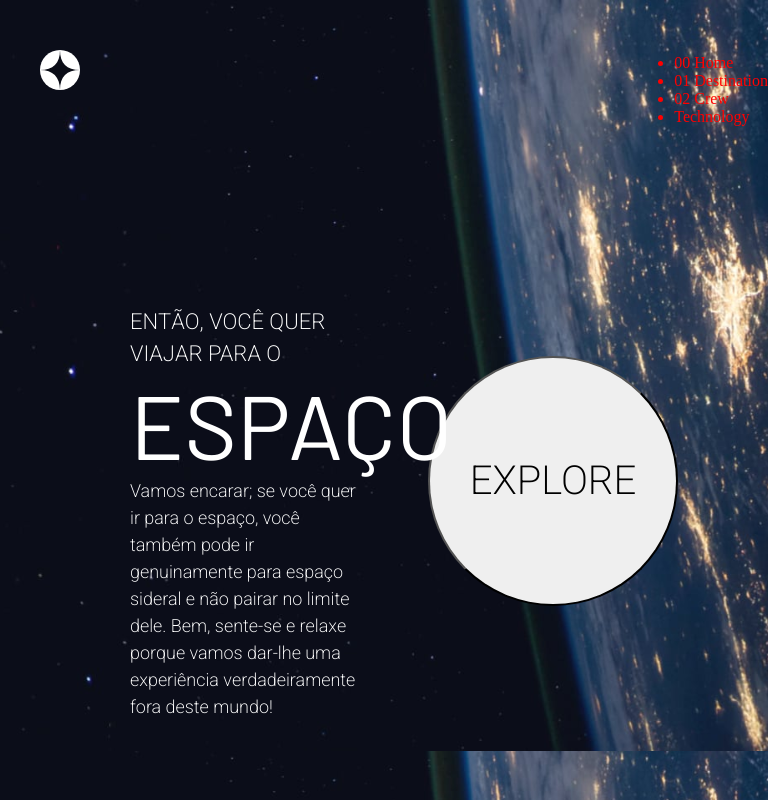
Repository: Leonngc/space-site
Page: space-tourism-website-main/space-tourism-website-main/starter-code/index.html
An editor plug-in stored every save of this project. The page is shown before and after the next save, followed by the edit.
The browser window is 768 px wide. The pictures show the whole page.
Some icons come from a web library that is not loaded, so they are not drawn.

Above is the page before, as saved 2023-04-29 16:17:48.

### space-tourism-website-main/space-tourism-website-main/starter-code/index.html
<!DOCTYPE html>
<html lang="pt-br">
<head>
  <meta charset="UTF-8">
  <meta name="viewport" content="width=device-width, initial-scale=1.0">
  <link rel="icon" type="image/png" sizes="32x32" href="./assets/favicon-32x32.png">
  <link rel="stylesheet" href="styles/menu.css">
  <link rel="stylesheet" href="styles/home.css">
  <!-- CDN FLATICON-->
  <link rel='stylesheet' href='https://cdn-uicons.flaticon.com/uicons-bold-rounded/css/uicons-bold-rounded.css'>
  <title>Frontend Mentor | Space tourism website</title>
</head>
<body>

  <header>
    <img src="assets/shared/logo.svg" alt="" class="logo">
    <div class="line"></div>

    <ul class="menu">
    <li class="item-menu active"><a href="#">00 Home</a></li>
    <li class="item-menu"><a href="#">01 Destination</a></li>
    <li class="item-menu"><a href="#">02 Crew</a></li>
    <li class="item-menu"><a href="#">03 Technology</a></li>
    </ul>



    <ul class="menu-mobile">
      <button class="burguer-button"><i class="fi fi-br-menu-burger"></i></button>
      <li class="item-menu-mobile">00 Home</li>
      <li class="item-menu-mobile">01 Destination</li>
      <li class="item-menu-mobile">02 Crew</li>
      <li class="item-menu-mobile">Technology</li>
    </ul>
  </header>

<div class="container-button">
    <button>Explore</button>
  </div>
<div class="text-box">
    <span>Então, você quer viajar para o</span>
    <h1>Espaço</h1>
    <p>
      Vamos encarar; se você quer ir para o espaço, você também pode ir genuinamente para
      espaço sideral e não pairar no limite dele. Bem, sente-se e relaxe
      porque vamos dar-lhe uma experiência verdadeiramente fora deste mundo!
    </p>
</div>



</body>
</html>

### space-tourism-website-main/space-tourism-website-main/starter-code/styles/menu.css
@import url('https://fonts.googleapis.com/css2?family=Heebo:wght@200&display=swap');

*{
    padding: 0;
    margin: 0;
}

header{
    display: flex;
    justify-content: space-between;
}

.menu{
    margin-top: 20px;
    display: flex;
    width: 90vw ;
    height: 12vh;
    position: relative;
    justify-content: space-between;
    list-style: none;
    background: rgba(255, 255, 255, 0.21);
    background: rgba(255, 255, 255, 0.08);
    box-shadow: 0 4px 30px rgba(0, 0, 0, 0.1);
    backdrop-filter: blur(5px);
    -webkit-backdrop-filter: blur(5px);
}

.item-menu{
    margin: auto;

}

.item-menu a{
    text-decoration: none;
    font-family: 'Heebo', sans-serif;
    color: white;
}

.active{
  border-bottom: 3px solid white;
}

.line{
    background-color:  rgba(255, 255, 255, 0.21);

    height: 2px;
    width: 1110px;
    margin-top: 68px;
    margin-left: 30px;
}

.logo{
    margin-top: 30px;
    margin-left: 20px;
    width: 40px;
    height: 40px;
    padding: 20px;
}

@media screen and (max-width: 900px){
    .menu{
        display: none;
    }

    .line{
        display: none;
    }


    .burguer-button {
        font-size: 40px;
        background-color: rgba(255, 255, 255, 0);
        color: #dbe5e6;
        border: none;
        margin-top: 50px;
    }
    .menu-mobile{
        background-color: ;
        color: red;
    }

}

### space-tourism-website-main/space-tourism-website-main/starter-code/styles/home.css
@import url('https://fonts.googleapis.com/css2?family=Barlow&display=swap');
@import url('https://fonts.googleapis.com/css2?family=Heebo:wght@200&display=swap');
/*  font-family: 'Barlow', sans-serif;
    font-family: 'Heebo', sans-serif;
*/

:root{
    --title-font: 'Barlow';
    --paragraph-font: 'Heebo';
}

body{
    background-image: url(../assets/home/background-home-desktop.jpg);
    background-size: cover;
    background-position: center center;
}


.text-box{
    margin-top: 150px;
    padding: 30px;
    margin-left: 100px;
    width: 30vw;
    color: white;
}

span{
    font-family: var(--paragraph-font);
    font-size: 22px;
    text-transform: uppercase;
}

h1{
    font-family: var(--title-font);
    font-size: 90px;
    font-weight: 200;
    text-transform: uppercase;
}

p{
    font-family: var(--paragraph-font), sans-serif;
    font-size: 18px;
}

.container-button{
    float: right;
    margin-top: 230px;
    margin-right: 90px;
    margin-bottom: 30px;
}

.container-button button{
    width: 250px;
    height: 250px;
    border-radius: 50%;
    font-size: 40px;
    font-family: var(--paragraph-font);
    font-weight: 200;
    text-transform: uppercase;
}

After the next save:
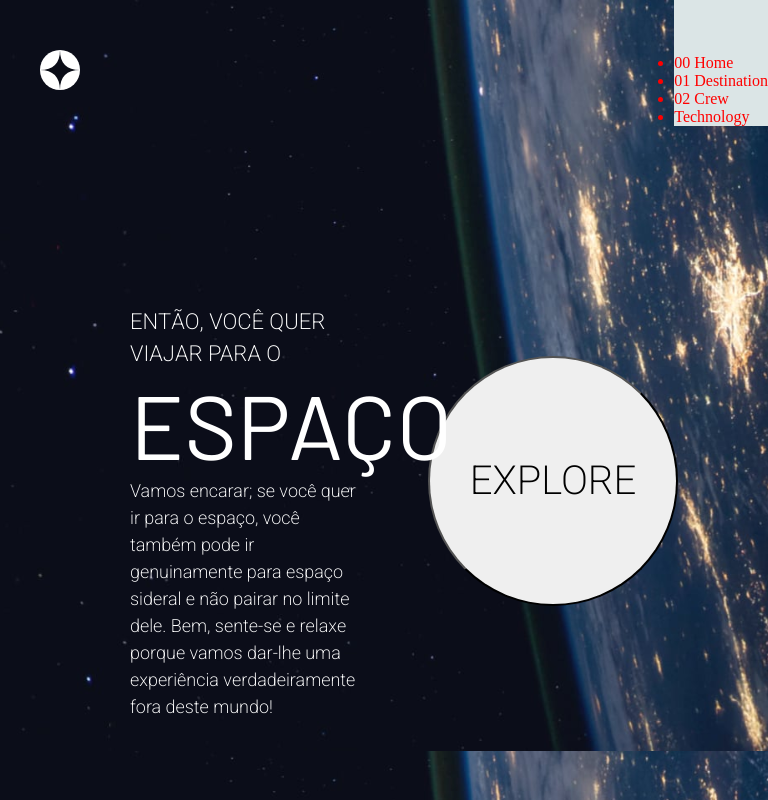
Saved 6 s later.
--- a/space-tourism-website-main/space-tourism-website-main/starter-code/styles/menu.css
+++ b/space-tourism-website-main/space-tourism-website-main/starter-code/styles/menu.css
@@ -75,7 +75,7 @@
         margin-top: 50px;
     }
     .menu-mobile{
-        background-color: ;
+        background-color: #dbe5e6;
         color: red;
     }
 

After the save that followed:
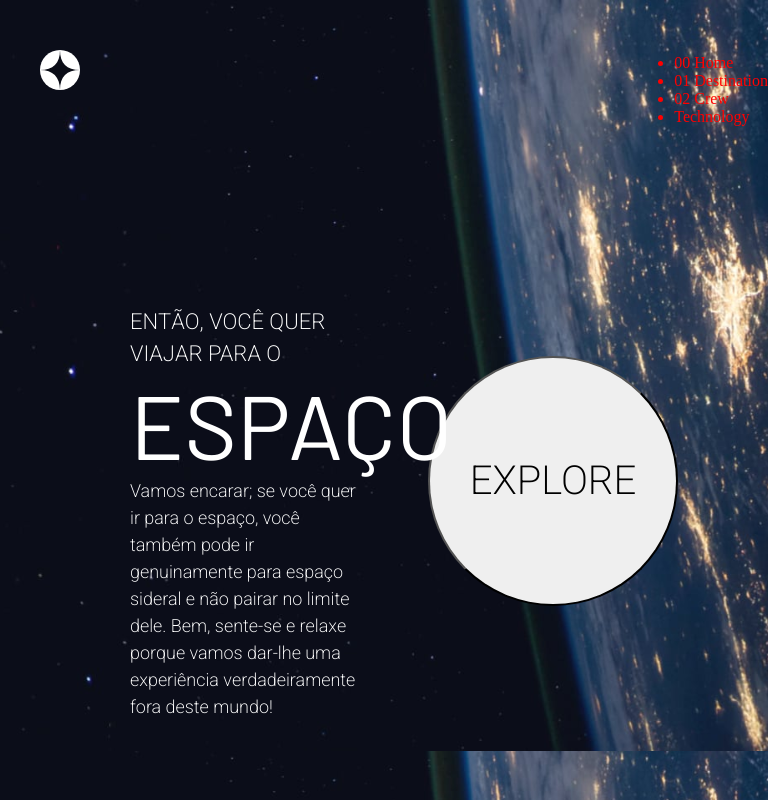
Saved 8 s later.
--- a/space-tourism-website-main/space-tourism-website-main/starter-code/styles/menu.css
+++ b/space-tourism-website-main/space-tourism-website-main/starter-code/styles/menu.css
@@ -75,7 +75,6 @@
         margin-top: 50px;
     }
     .menu-mobile{
-        background-color: #dbe5e6;
         color: red;
     }
 
